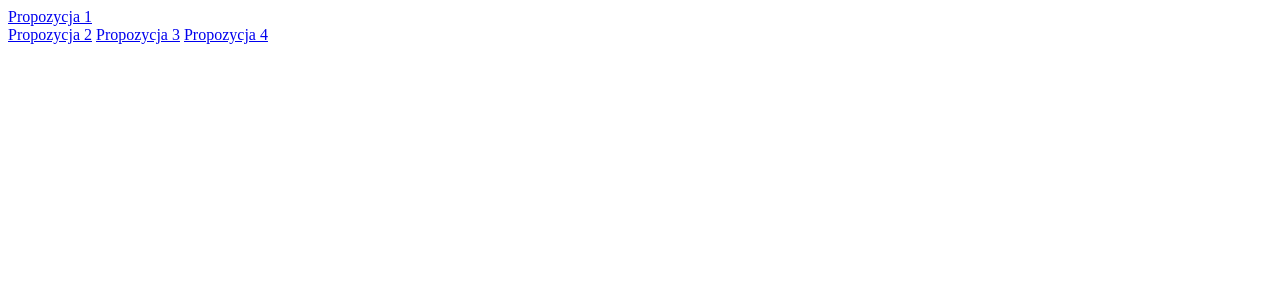
Repository: kaminskydeveloper/pirkspark-email-footers
Page: index.html
An editor plug-in stored every save of this project. The page is shown before and after the next save, followed by the edit.
The browser window is 1280 px wide. The pictures show the whole page.

Above is the page before, as saved 2021-06-11 11:39:07.

### index.html
<!DOCTYPE html>
<html lang="en">
  <head>
    <meta charset="UTF-8" />
    <meta http-equiv="X-UA-Compatible" content="IE=edge" />
    <meta name="viewport" content="width=device-width, initial-scale=1.0" />
    <title>Mailowe stopki</title>
  </head>
  <body>
    <div>
      <a href="./Signature-1.html">Propozycja 1</a>
    </div>
    <a href="./Signature-2.html">Propozycja 2</a>
    <a href="./Signature-3.html">Propozycja 3</a>
    <a href="./Signature-4.html">Propozycja 4</a>
  </body>
</html>

After the next save:
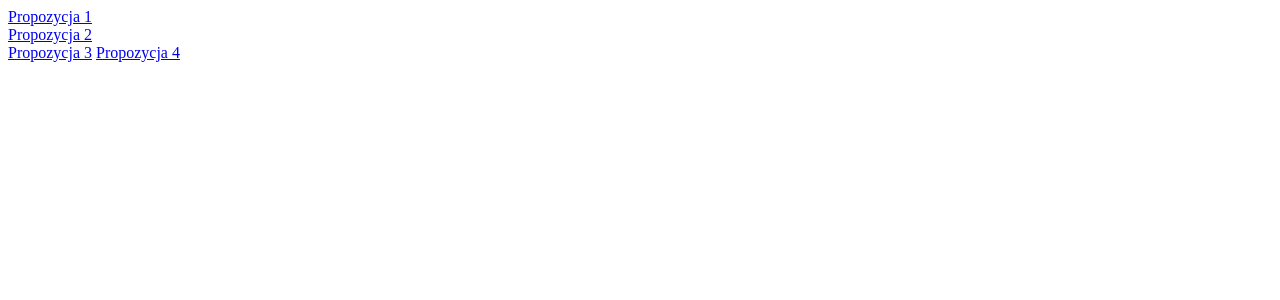
Saved 4 s later.
--- a/index.html
+++ b/index.html
@@ -10,7 +10,9 @@
     <div>
       <a href="./Signature-1.html">Propozycja 1</a>
     </div>
-    <a href="./Signature-2.html">Propozycja 2</a>
+    <div>
+      <a href="./Signature-2.html">Propozycja 2</a>
+    </div>
     <a href="./Signature-3.html">Propozycja 3</a>
     <a href="./Signature-4.html">Propozycja 4</a>
   </body>
